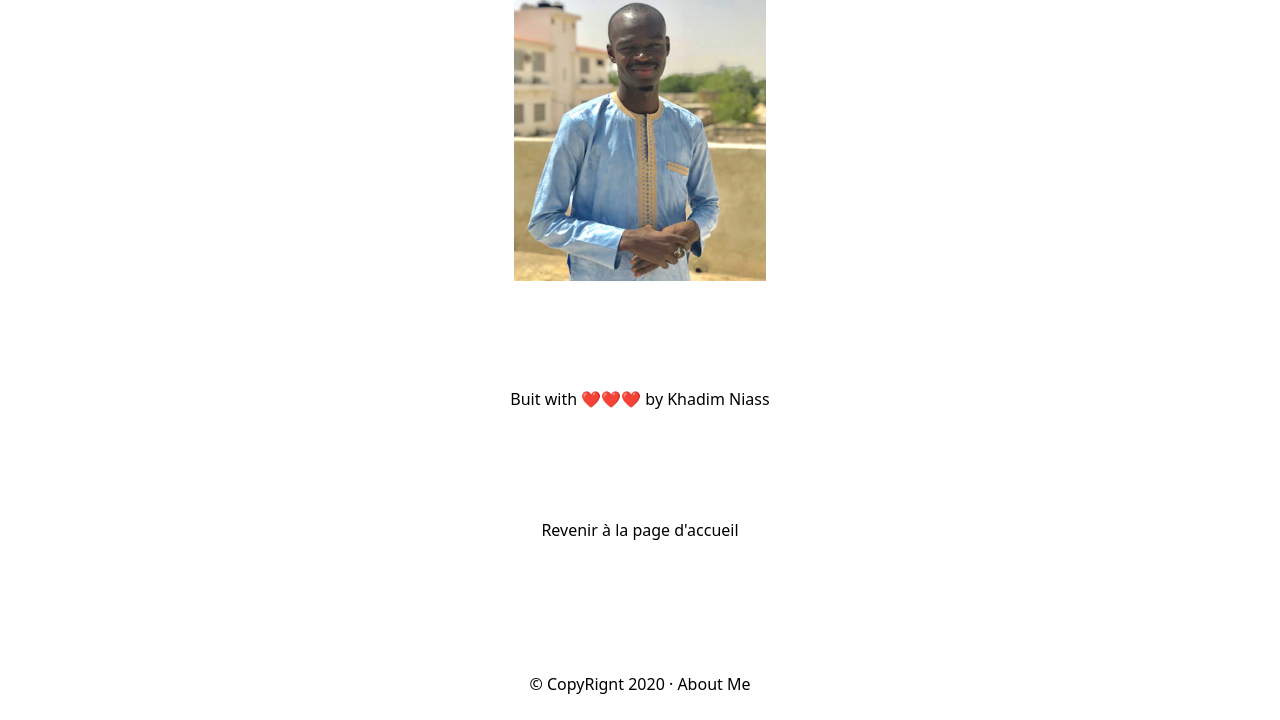
Repository: khadimniass/hello-city-with-Symfony
Page: templates/pages/about.html.twig
These files come from the project's save history. The page is drawn as it stood at one moment and after the next save; the edit follows.
The browser window is 1280 px wide. The pictures show the whole page.
The page is a Twig template of a Symfony application; nobody is signed in and links lead nowhere. The template is opened directly, without the code that normally fills it, so the values that code supplies are empty.

Above is the page before, as saved 2020-06-24 13:15:45.

### templates/pages/about.html.twig
{% extends 'base.html.twig' %}

{% block title 'About Us |' ~ parent() %}

{% block body %}
<img src="imgs/me.png" wid alt="picture of Khadim Niass">

    <h1>Buit with ❤️❤️❤️ by Khadim Niass</h1>

<p><a href="{{path('app_home')}}">Revenir à la page d'accueil</a></p>
{% endblock %}

### templates/base.html.twig
<!DOCTYPE html>
<html lang="{{app.request.locale}}">
    <head>
        <meta charset="UTF-8">
        <meta name="viewport" conteny="width=device-width, initial-scale=1, shrink-to-fit=no">
        <title>{% block title %}Hello City!{% endblock %}</title>
        <link href="https://unpkg.com/tailwindcss@^1.0/dist/tailwind.min.css" rel="stylesheet">
        {% block stylesheets %}{% endblock %}
    </head>
    <body class="flex flex-col justify-between items-center min-h-screen">
        </main role="main" class="my-6">
        {% block body %}{% endblock %}
        </main>


        {% block javascripts %}{% endblock %}

    <footer class="my-6">
        <p>
            &copy CopyRignt {{'now'|date('Y') }}
            &middot; <a href="{{ path('app_about')}} ">About Me</a>
        </p>
    </footer>

    </body>
</html>

After the next save:
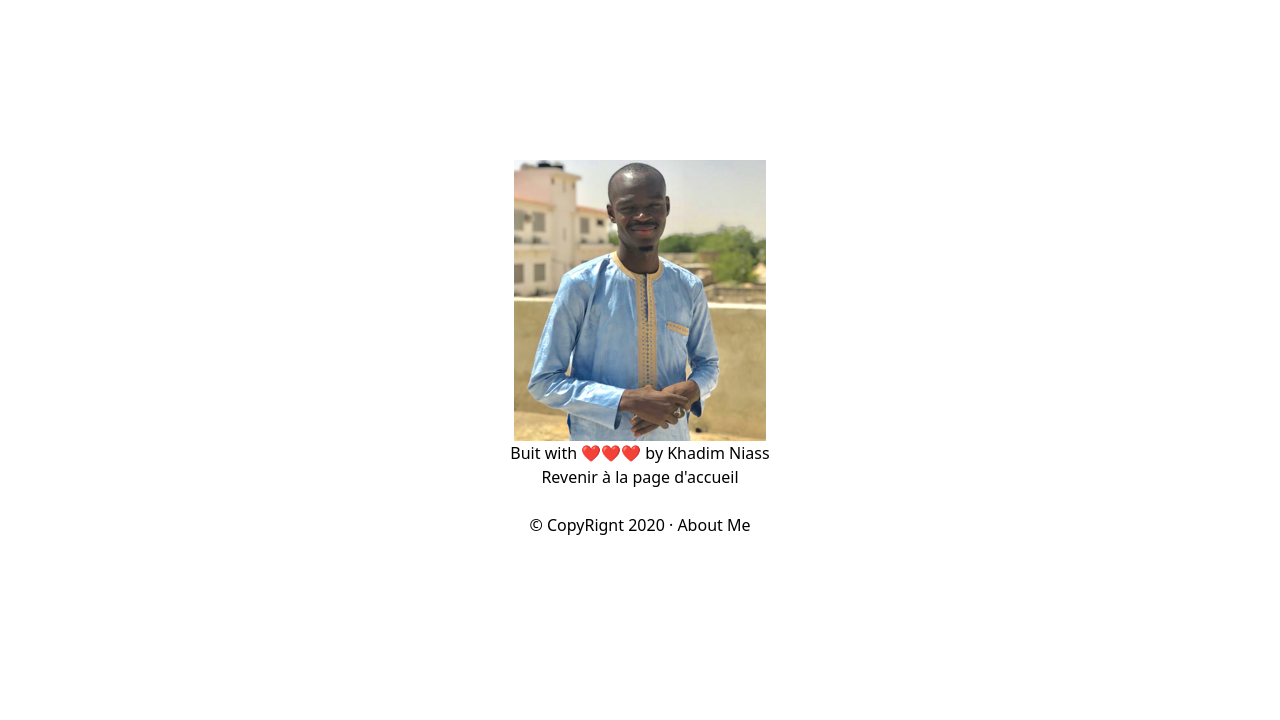
Saved 45 s later.
--- a/templates/base.html.twig
+++ b/templates/base.html.twig
@@ -7,7 +7,7 @@
         <link href="https://unpkg.com/tailwindcss@^1.0/dist/tailwind.min.css" rel="stylesheet">
         {% block stylesheets %}{% endblock %}
     </head>
-    <body class="flex flex-col justify-between items-center min-h-screen">
+    <body class="flex flex-col justify-center items-center min-h-screen">
         </main role="main" class="my-6">
         {% block body %}{% endblock %}
         </main>

After the 2 saves that followed:
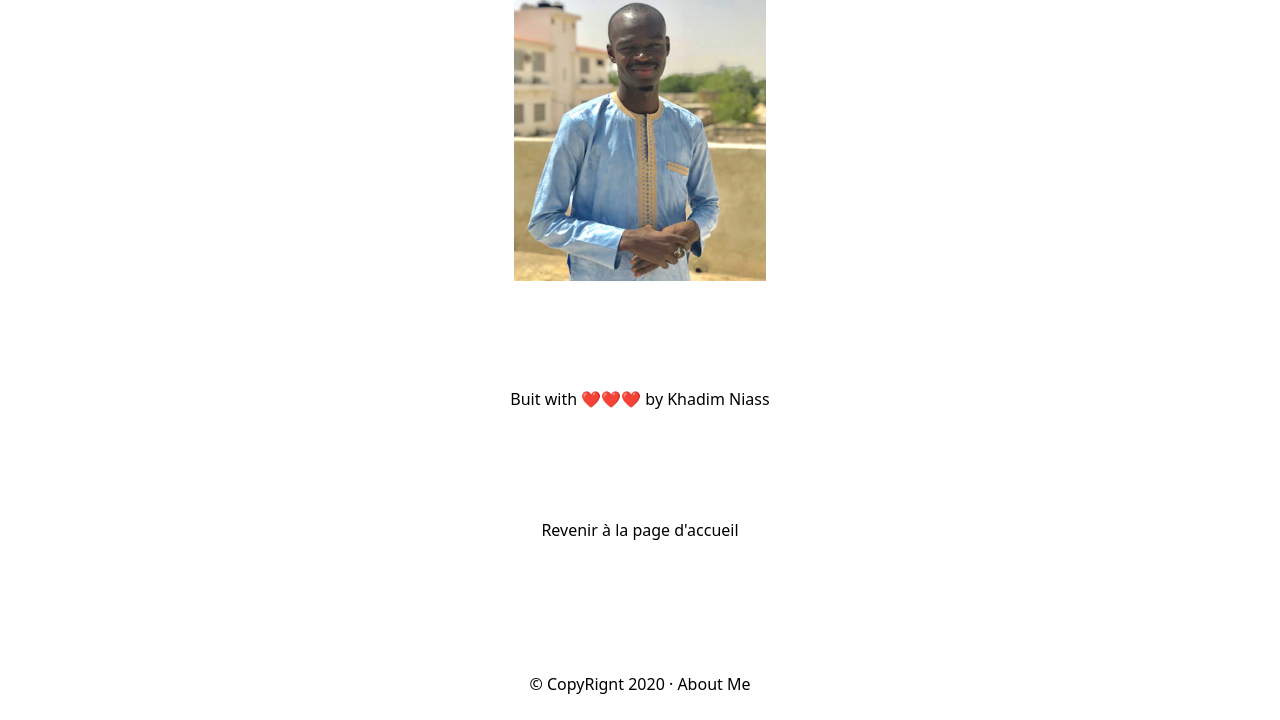
The 2 saves are shown as one change because 1 left the picture as it was.
The last was saved 2 min 25 s later.
--- a/templates/base.html.twig
+++ b/templates/base.html.twig
@@ -7,8 +7,8 @@
         <link href="https://unpkg.com/tailwindcss@^1.0/dist/tailwind.min.css" rel="stylesheet">
         {% block stylesheets %}{% endblock %}
     </head>
-    <body class="flex flex-col justify-center items-center min-h-screen">
-        </main role="main" class="my-6">
+    <body class="flex flex-col justify-between items-center min-h-screen">
+        </main role="main" >
         {% block body %}{% endblock %}
         </main>
 
